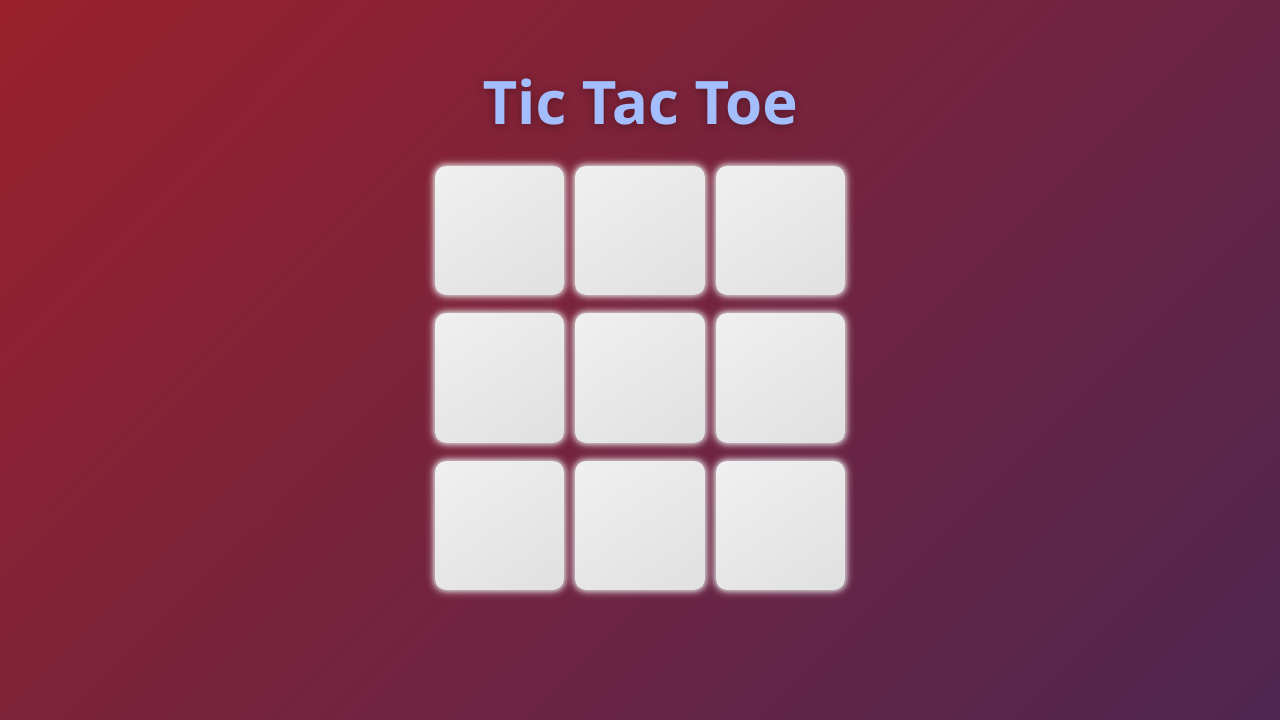
Repository: AreezAnsari/Tic-Tac-Toe
Page: Game/Game.html
These files come from the project's save history. The page is drawn as it stood at one moment and after the next save; the edit follows.
The browser window is 1280 px wide. The pictures show the whole page.

Above is the page before, as saved 2025-07-22 07:45:04.
Console error: TypeError: box.addEventListener is not a function

### Game/Game.html
<!DOCTYPE html>
<html lang="en">
<head>
    <meta charset="UTF-8">
    <meta name="viewport" content="width=device-width, initial-scale=1.0">
    <title>Document</title>
    <link rel="stylesheet" href="Game.css">
</head>
<body>

    <div class="msg-container hide">
        <p class="msg">Winner</p>
        <button class="new-btn">New Game</button>
    </div>    <main>
        <h1>Tic Tac Toe</h1>
    <div class="container">
        <div class="game">
        <button class="box"></button>
        <button class="box"></button>
        <button class="box"></button>
        <button class="box"></button>
        <button class="box"></button>
        <button class="box"></button>
        <button class="box"></button>
        <button class="box"></button>
        <button class="box"></button>
        </div>
        </div>
        <button class="reset-btn hide">Reset</button>
    </main>
    <script src="Game.js"></script>
</body>
</html>

### Game/Game.css
/* Reset and Base Styling */
* {
  margin: 0;
  padding: 0;
  box-sizing: border-box;
}

body {
  text-align: center;
  background: linear-gradient(135deg, #1a2a6c, #b21f1f, #1a2a6c);
  background-size: 400% 400%;
  animation: gradientBG 15s ease infinite;
  font-family: 'Segoe UI', Tahoma, Geneva, Verdana, sans-serif;
  min-height: 100vh;
  position: relative;
  padding-top: 60px;
  color: white;
}

@keyframes gradientBG {
  0% { background-position: 0% 50%; }
  50% { background-position: 100% 50%; }
  100% { background-position: 0% 50%; }
}

h1 {
  color: #A4BDFC;
  font-size: 60px;
  padding-bottom: 20px;
  text-shadow: 0 2px 10px rgba(0,0,0,0.3);
}

.container {
  display: flex;
  flex-direction: column;
  align-items: center;
  justify-content: center;
}

.game {
  height: 60vmin;
  width: 60vmin;
  gap: 1.5vmin;
  display: flex;
  flex-wrap: wrap;
  align-items: center;
  justify-content: center;
}

.box {
  color: #333; /* Dark text */
  background: linear-gradient(145deg, #f0f0f0, #e0e0e0); /* Soft light grey gradient */
  height: 18vmin;
  width: 18vmin;
  font-weight: bold;
  font-size: clamp(2.2rem, 6vmin, 4.5rem); /* Responsive size */
  border: none;
  border-radius: 1.5vmin;
  box-shadow: 0px 0px 5px #c8c8c8, 0px 0px 10px #ffffff; /* Neumorphic effect */
  cursor: pointer;
  transition: all 0.25s ease;
  animation: popIn 0.4s ease;
}

.box:hover {
  background: linear-gradient(145deg, #ffffff, #dcdcdc); /* Lighter on hover */
  color: #007acc; /* Soft blue text on hover */
  transform: translateY(-4px);
}

.box:active {
  transform: scale(0.96);
}

.reset-btn,
.new-btn {
  padding: 1vmin;
  font-size: 2.5vmin;
  font-weight: bold;
  background-color: black;
  color: white;
  border-radius: 1vmin;
  width: 20vmin;
  height: 7vmin;
  margin-top: 2vmin;
  cursor: pointer;
  transition: all 0.3s ease;
}

.reset-btn:hover,
.new-btn:hover {
  color: red;
  transform: translateY(-2px);
}

.reset-btn:active,
.new-btn:active {
  transform: scale(0.98);
}

.msg-container {
  position: fixed;
  top: 0;
  left: 50%;
  transform: translate(-50%, 0);
  padding: 16px 30px;
  background-color: rgba(0, 0, 0, 0.7);
  border-radius: 12px;
  backdrop-filter: blur(6px);
  box-shadow: 0 6px 20px rgba(0, 0, 0, 0.4);
  animation: slideDown 0.6s ease forwards;
  z-index: 9999;
  display: flex;
  flex-direction: column;
  align-items: center;
}

.msg {
  font-size: 5vmin;
  color: beige;
}

.hide {
  display: none;
}

.box.win {
  animation: pulse 1.5s infinite;
  background: #2ecc71;
  color: white;
}

/* Animations */
@keyframes pulse {
  0% { transform: scale(1); }
  50% { transform: scale(1.1); }
  100% { transform: scale(1); }
}

@keyframes slideDown {
  0% {
    opacity: 0;
    transform: translate(-50%, -100%);
  }
  100% {
    opacity: 1;
    transform: translate(-50%, 0);
  }
}

@keyframes popIn {
  0% {
    opacity: 0;
    transform: scale(0.6);
  }
  100% {
    opacity: 1;
    transform: scale(1);
  }
}

### Game/Game.js
let box = document.querySelectorAll(".box");
let button = document.querySelector("button");
let container = document.querySelector(".container");

let value = "X";

const btn = () => {
  if (value === "X") {
    button.innerHTML = "Y";
    Value = "Y";
  } else {
    button.innerText = "X";
    Value = "X";
  }
};

box.addEventListener("click", btn);

After the next save:
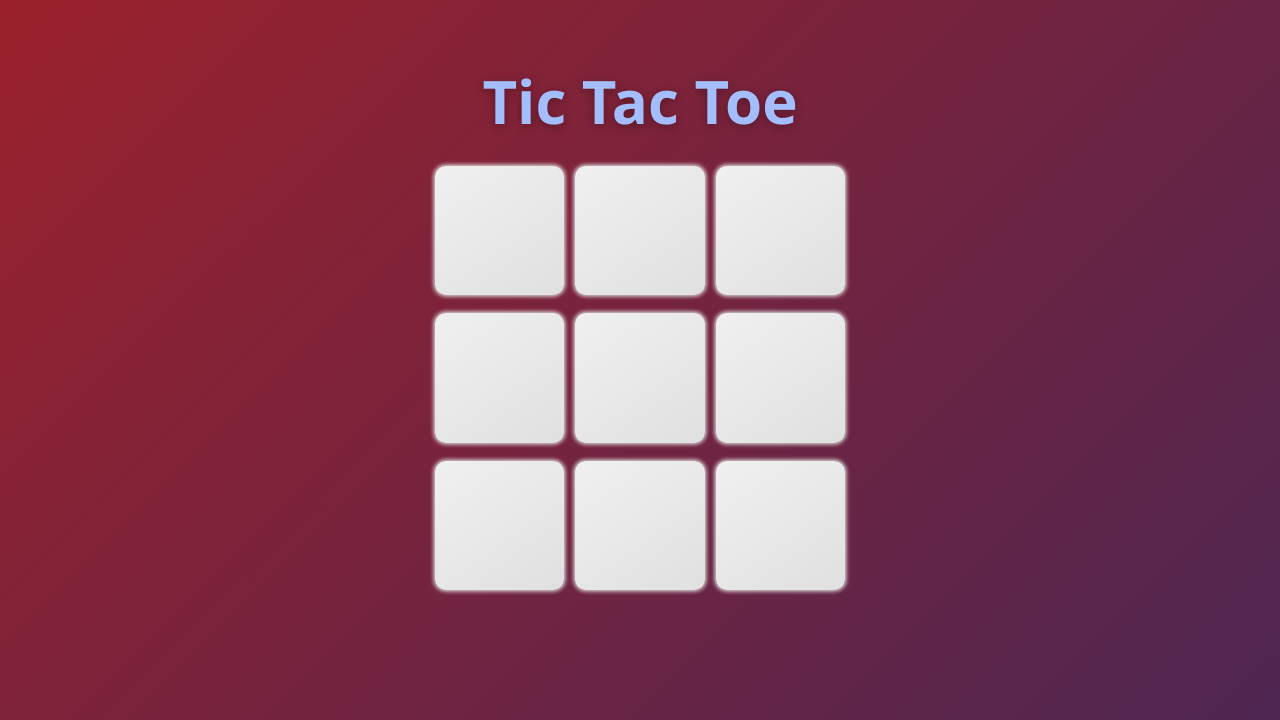
Saved 17 s later.
--- a/Game/Game.css
+++ b/Game/Game.css
@@ -56,7 +56,7 @@
   font-size: clamp(2.2rem, 6vmin, 4.5rem); /* Responsive size */
   border: none;
   border-radius: 1.5vmin;
-  box-shadow: 0px 0px 5px #c8c8c8, 0px 0px 10px #ffffff; /* Neumorphic effect */
+  box-shadow: 0px 0px 5px #c8c8c8, 0px 0px 5px #ffffff; /* Neumorphic effect */
   cursor: pointer;
   transition: all 0.25s ease;
   animation: popIn 0.4s ease;
@@ -64,7 +64,7 @@
 
 .box:hover {
   background: linear-gradient(145deg, #ffffff, #dcdcdc); /* Lighter on hover */
-  color: #007acc; /* Soft blue text on hover */
+  color: #00cc30; /* Soft blue text on hover */
   transform: translateY(-4px);
 }
 
